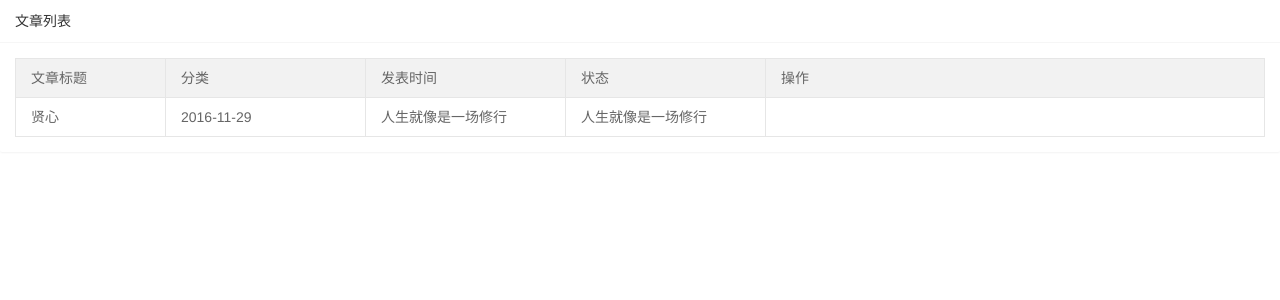
Repository: xxsleep/-
Page: home/article/art_list.html
These files come from the project's save history. The page is drawn as it stood at one moment and after the next save; the edit follows.
The browser window is 1280 px wide. The pictures show the whole page.

Above is the page before, as saved 2020-11-28 09:34:14.

After the next save:
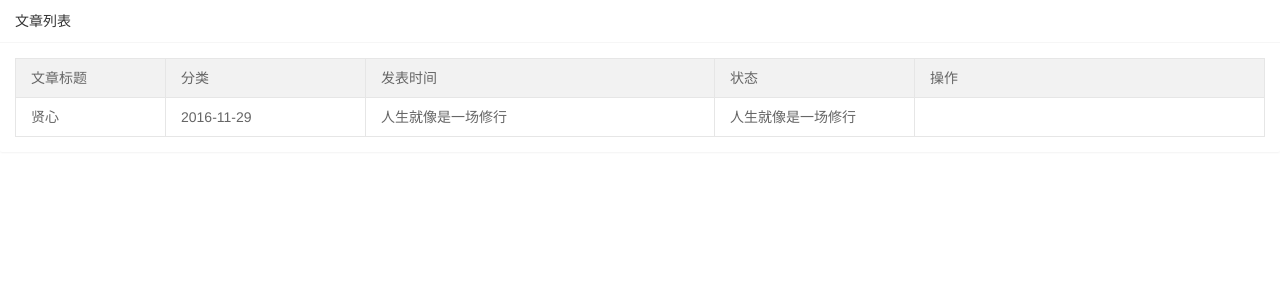
Saved 23 s later.
--- a/home/article/art_list.html
+++ b/home/article/art_list.html
@@ -17,9 +17,9 @@
                 <colgroup>
                     <col width="150">
                     <col width="200">
+                    <col>
                     <col width="200">
-                    <col width="200">
-                    <col>
+                    <col width="350">
                 </colgroup>
                 <thead>
                     <tr>
